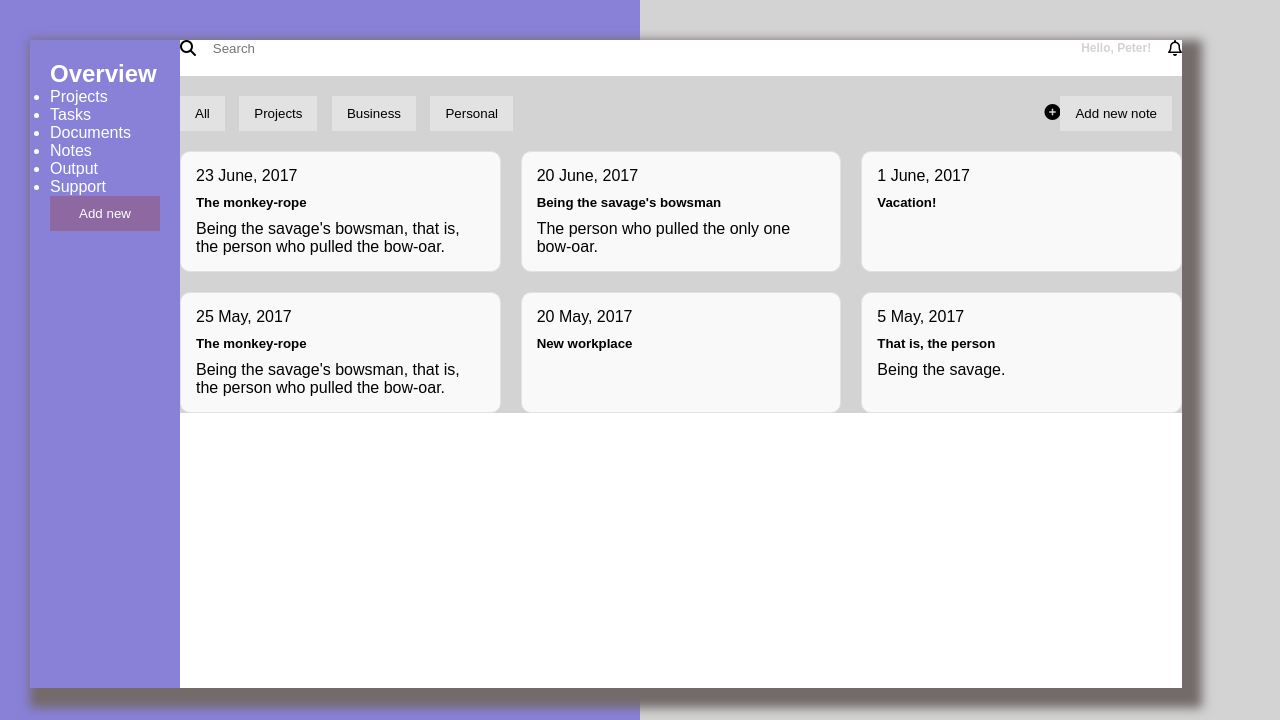
Repository: SatenikGabrielyan/HTML_CSS-_Assignment
Page: index.html
The author's editor kept a copy of each file at every save. The page is drawn from the files as they stood at one save, then again after the next save.
The browser window is 1280 px wide. The pictures show the whole page.
Some web libraries are served in a nearby version.

Above is the page before, as saved 2025-03-17 23:00:29.

After the next save:
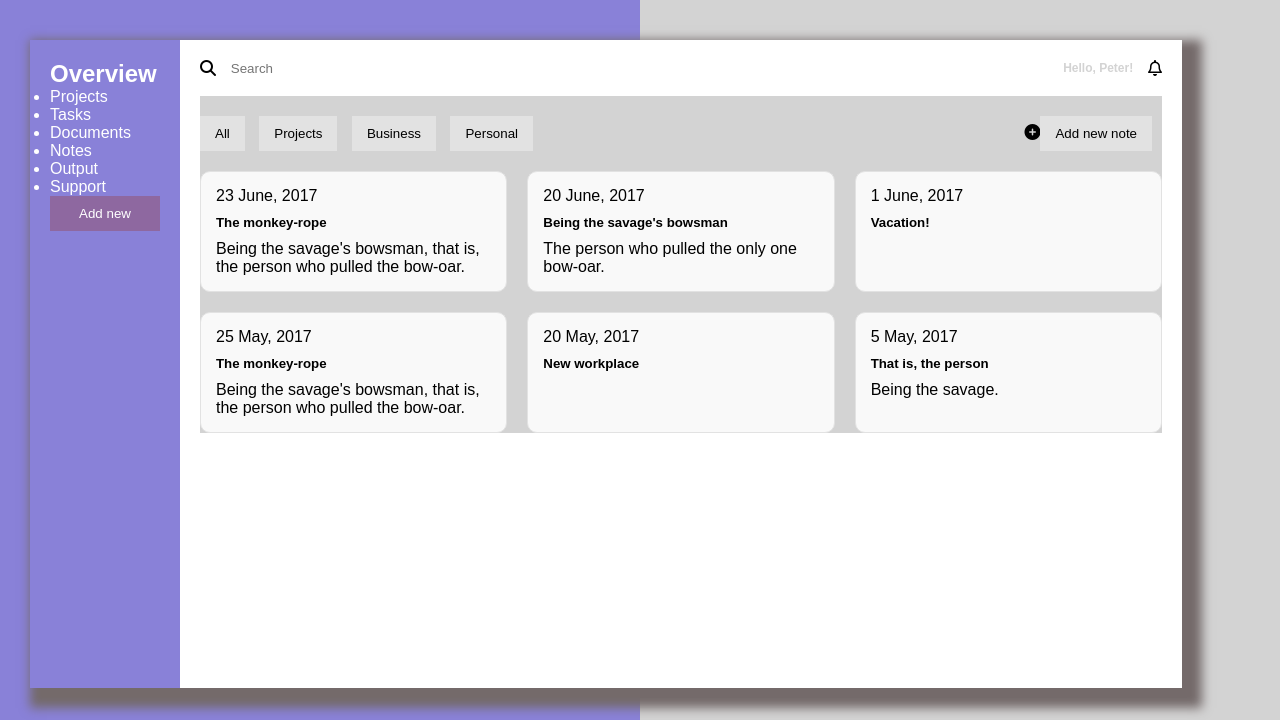
Saved 6 s later.
--- a/style.css
+++ b/style.css
@@ -104,6 +104,9 @@
     background-color: white;
     width: 200px;
     flex-grow: 1;
+    flex: 1;
+    padding: 20px;
+    background-color: white;
     /* padding: 20px;
     overflow-y: auto; */
   }

After the 2 saves that followed:
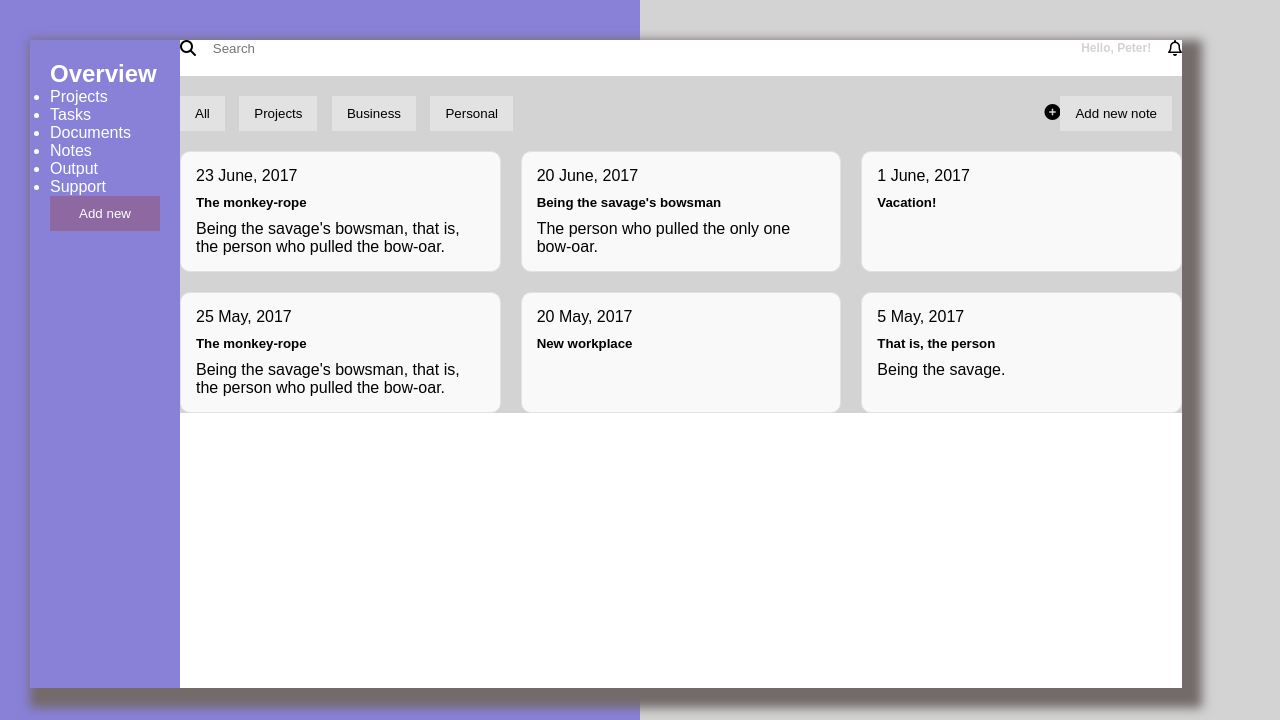
The 2 saves are shown as one change because they came seconds apart.
The last was saved 10 s later.
--- a/style.css
+++ b/style.css
@@ -104,9 +104,8 @@
     background-color: white;
     width: 200px;
     flex-grow: 1;
-    flex: 1;
-    padding: 20px;
-    background-color: white;
+    /* flex: 1; */
+
     /* padding: 20px;
     overflow-y: auto; */
   }
